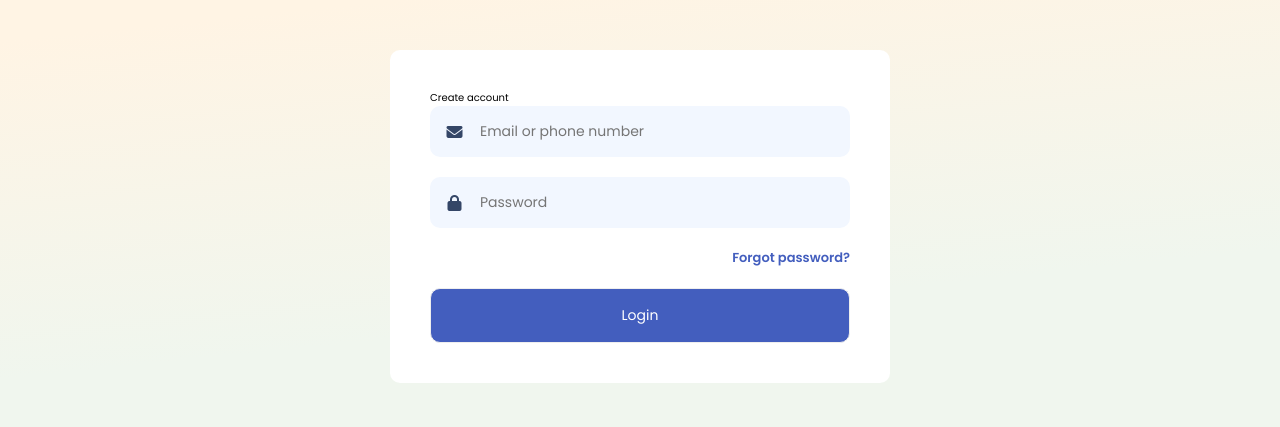
Repository: VuTuanAnh0949/loginForm
Page: index.html
These files come from the project's save history. The page is drawn as it stood at one moment and after the next save; the edit follows.
The browser window is 1280 px wide. The pictures show the whole page.

Above is the page before, as saved 2022-04-15 21:08:13.

### index.html
<!DOCTYPE html>
<html lang="en">
<head>
  <meta charset="UTF-8">
  <meta http-equiv="X-UA-Compatible" content="IE=edge">
  <meta name="viewport" content="width=device-width, initial-scale=1.0">
  <link
  href="https://fonts.googleapis.com/css2?family=Poppins:wght@300;400;600&display=swap"
  rel="stylesheet"
/>
<link rel="stylesheet" href="style.css">
<link rel="stylesheet" href="/fontawesome-free-6.1.1-web/css/all.css">
  <title>Login</title>
</head>
<body>
  <div class="login">
    <div class="login__heading">
      Create account
    </div>
    <div class="login-field">
      <i class="fa-solid fa-envelope login-icon"></i>
      <input type="email" class="login-input" placeholder="Email or phone number">
    </div>
    <div class="login-field">
      <i class="fa-solid fa-lock login-icon"></i>
      <input type="password" class="login-input" placeholder="Password">
    </div>
    <a href="#" class="login__forgot--password">Forgot password?</a>
    <button class="login-submit">Login</button>
  </div>
</body>
</html>

### style.css
html{
  font-size: 62.5%;
  font-family: "Poppins", sans-serif;
}
*{
box-sizing: border-box;
}
body{
  background-image: linear-gradient( 174.2deg,  rgba(255,244,228,1) 7.1%, rgba(240,246,238,1) 67.4% );
}
.login{
width: 500px;
margin: 50px auto;
padding: 40px;
background-color: white;
border-radius: 10px;
}
.login-field{
  display: flex;
  align-items: center;
  background-color: #f2f7ff;
  padding: 15px;
  margin-bottom: 20px;
  border-radius: 10px;
}
.login-icon{
  color: #344667;
  font-size: 16px;
  width: 20px;
  text-align: center;

}
.login-input{
  font-family: "Poppins", sans-serif;
  border: 0;
  padding: 0 0 0 16px;
  background-color: transparent;
  width: 100%;
  outline: none;
  font-size: 14px;
}
.login-submit{
  color: white;
  border-radius: 10px;
  display: block;
  width: 100%;
  border: 0;
  padding: 16px 10px;
   background-color: #435ebe;
   font-size: 14px;
   font-family: "Poppins", sans-serif;
   cursor: pointer;
   outline: none;
   border: 1px solid #eee;
}
.login__forgot--password{
  display: block;
  text-decoration: none;
  text-align: right;
  margin-bottom: 20px;
  font-size: 13px;
  font-weight: 600;
  color: #435ebe;
  }

Loaded but not shown: fontawesome-free-6.1.1-web/css/all.css (library)

After the next save:
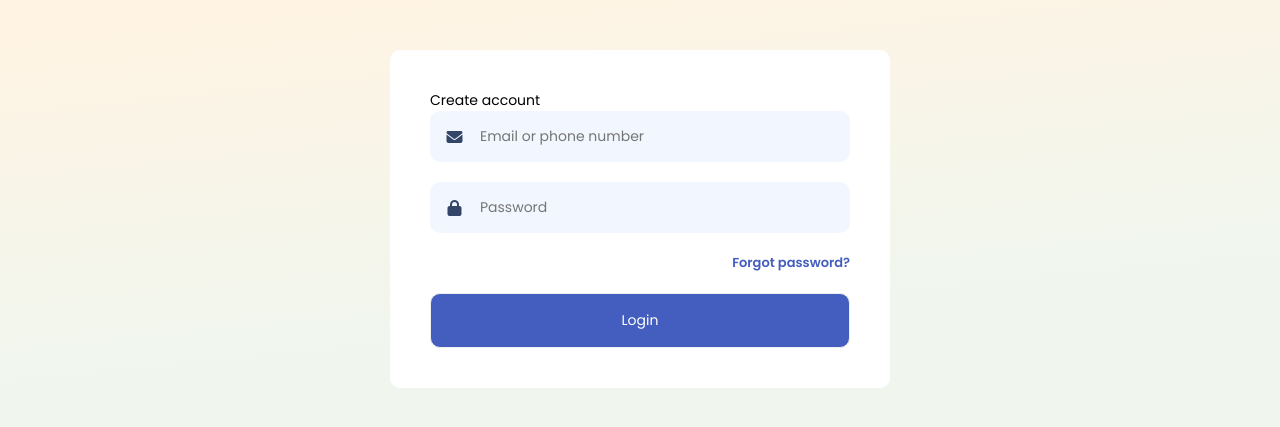
Saved 29 s later.
--- a/style.css
+++ b/style.css
@@ -14,6 +14,9 @@
 padding: 40px;
 background-color: white;
 border-radius: 10px;
+}
+.login__heading{
+  font-size: 14px;
 }
 .login-field{
   display: flex;

After the save that followed:
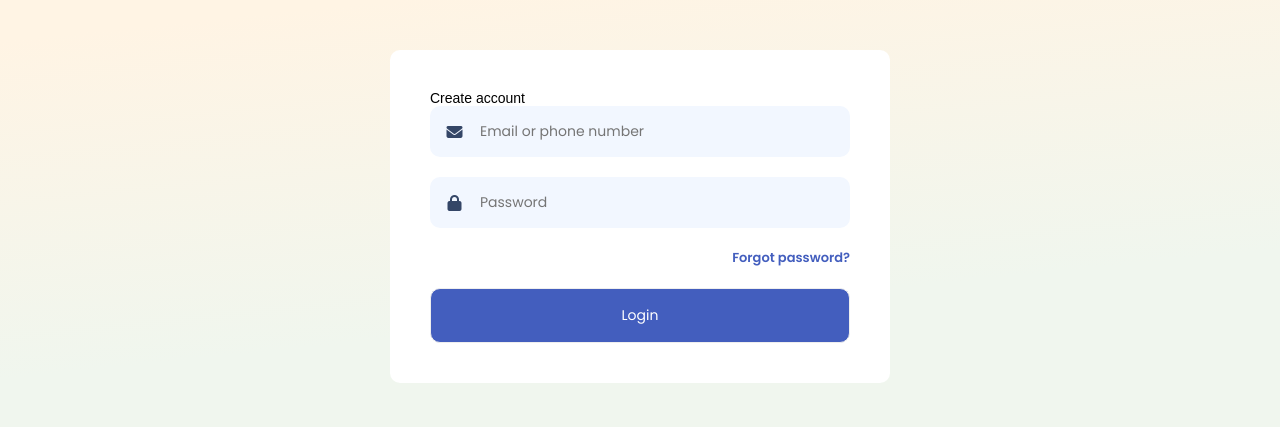
Saved 13 s later.
--- a/style.css
+++ b/style.css
@@ -17,6 +17,7 @@
 }
 .login__heading{
   font-size: 14px;
+  font-family: Arial, Helvetica, sans-serif;
 }
 .login-field{
   display: flex;
